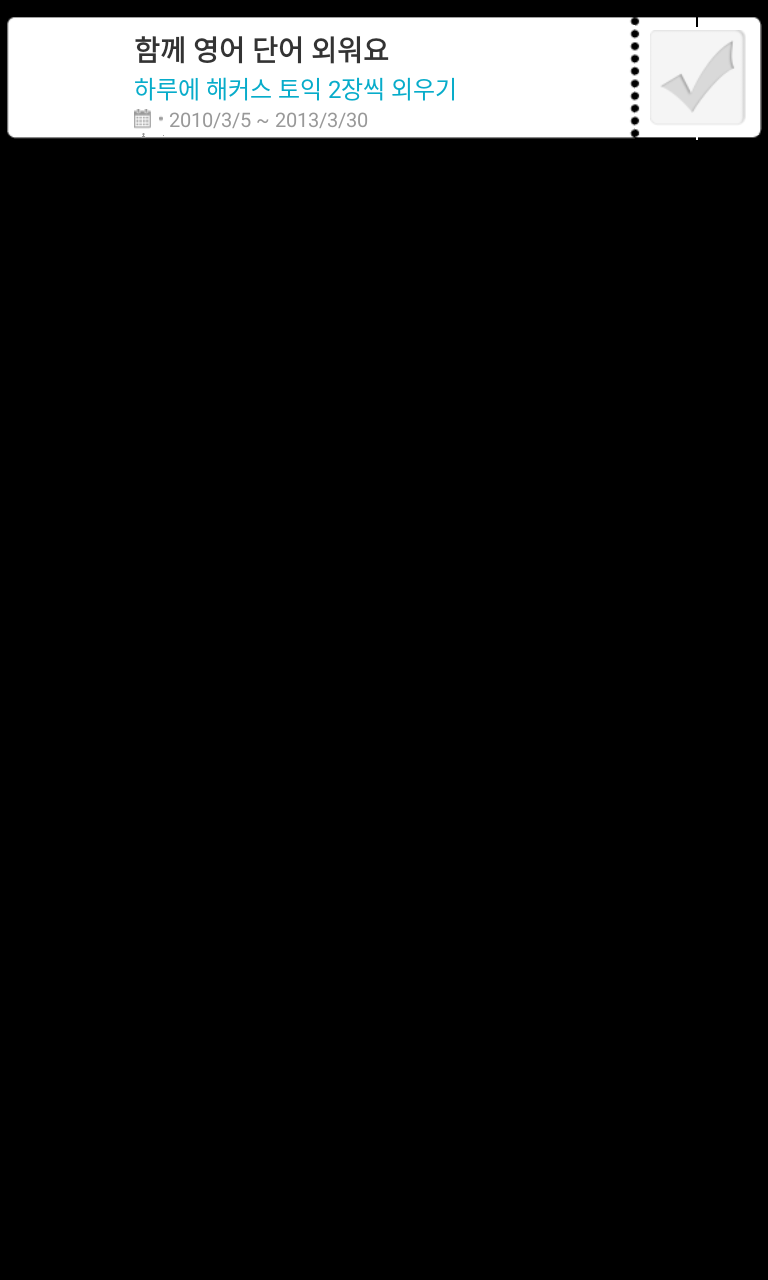
Repository: belhyun/witherest-android
Layout: Witherest/res/layout/mycheck_list_item_row.xml
The author's editor kept a copy of each file at every save. The layout is drawn from the files as they stood at one save, then again after the next save.
It is drawn on a 768 x 1280 px phone screen (xhdpi) without system bars, with theme android:Theme.Holo; the app's code is not run.

Above is the layout before, as saved 2013-07-06 09:32:07.

### Witherest/res/layout/mycheck_list_item_row.xml
<?xml version="1.0" encoding="utf-8"?>
<LinearLayout xmlns:android="http://schemas.android.com/apk/res/android"
    android:layout_width="fill_parent"
    android:layout_height="fill_parent"
    android:paddingTop="5dip"
    android:paddingBottom="5dp" >

    <RelativeLayout
        android:id="@+id/main_contaniner"
        android:layout_width="fill_parent"
        android:layout_height="wrap_content"
        android:clickable="true"
        android:padding="3dp" >

        <RelativeLayout
            android:id="@+id/mycheck_row_left_contaniner"
            android:layout_width="fill_parent"
            android:layout_height="62dp"
            android:layout_toLeftOf="@+id/mycheck_row_right_contaniner"
            android:background="@drawable/mycheck_list_row_on_off"
            android:clickable="true"
            android:padding="1dp" >

            <LinearLayout
                android:id="@+id/mycheck_row_thumbnail"
                android:layout_width="wrap_content"
                android:layout_height="wrap_content"
                android:layout_alignParentLeft="true"
                android:layout_centerVertical="true"
                android:layout_marginRight="5dip"
                android:gravity="center" >

                <ImageView
                    android:id="@+id/list_image"
                    android:layout_width="50dip"
                    android:layout_height="50dip"
                    android:layout_marginLeft="3dp"
                    android:layout_marginRight="5dp"
                     />
            </LinearLayout>

            <TextView
                android:id="@+id/mycheck_room_title_textview"
                android:layout_width="fill_parent"
                android:layout_height="wrap_content"
                android:layout_alignTop="@id/mycheck_row_thumbnail"
                android:layout_toRightOf="@id/mycheck_row_thumbnail"
                android:text="함께 영어 단어 외워요"
                android:textColor="#333333"
                android:textSize="14sp"
                android:textStyle="bold"
                />

            <TextView
                android:id="@+id/mycheck_room_purpose_textview"
                android:layout_width="fill_parent"
                android:layout_height="wrap_content"
                android:layout_below="@id/mycheck_room_title_textview"
                android:layout_toRightOf="@id/mycheck_row_thumbnail"
                android:ellipsize="end"
                android:maxLines="1"
                android:text="하루에 해커스 토익 2장씩 외우기"
                android:textColor="#07ACCA"
                android:textSize="12sp" />

            <LinearLayout
                android:id="@+id/mycheck_term_container"
                android:layout_width="fill_parent"
                android:layout_height="wrap_content"
                android:layout_alignParentRight="false"
                android:layout_below="@id/mycheck_room_purpose_textview"
                android:layout_toRightOf="@id/mycheck_row_thumbnail"
                android:gravity="center_vertical"
                android:orientation="horizontal" >

                <ImageView
                    android:layout_width="wrap_content"
                    android:layout_height="wrap_content"
                    android:src="@drawable/main_date_icon_bg" />

                <ImageView
                    android:layout_width="wrap_content"
                    android:layout_height="wrap_content"
                    android:layout_marginLeft="4dp"
                    android:layout_marginRight="3dp"
                    android:src="@drawable/main_dot_bg" />

                <TextView
                    android:id="@+id/mycheck_room_team_textview"
                    android:layout_width="fill_parent"
                    android:layout_height="wrap_content"
                    android:ellipsize="end"
                    android:maxLines="1"
                    android:text="2010/3/5 ~ 2013/3/30"
                    android:textColor="#999999"
                    android:textSize="10sp" />
            </LinearLayout>

            <LinearLayout
                android:layout_width="fill_parent"
                android:layout_height="wrap_content"
                android:layout_alignParentRight="false"
                android:layout_below="@id/mycheck_term_container"
                android:layout_toRightOf="@id/mycheck_row_thumbnail"
                android:gravity="center_vertical"
                android:orientation="horizontal" >

                <ImageView
                    android:layout_width="wrap_content"
                    android:layout_height="wrap_content"
                    android:src="@drawable/main_people_icon_bg" />

                <ImageView
                    android:layout_width="wrap_content"
                    android:layout_height="wrap_content"
                    android:layout_marginLeft="4dp"
                    android:layout_marginRight="3dp"
                    android:src="@drawable/main_dot_bg" />

                <TextView
                    android:id="@+id/mycheck_room_joincount_textview"
                    android:layout_width="fill_parent"
                    android:layout_height="wrap_content"
                    android:ellipsize="end"
                    android:maxLines="1"
                    android:text="10/30"
                    android:textColor="#999999"
                    android:textSize="10sp" />
            </LinearLayout>
        </RelativeLayout>

        <RelativeLayout
            android:id="@id/mycheck_row_right_contaniner"
            android:layout_width="wrap_content"
            android:layout_height="62dp"
            android:layout_alignParentRight="true"
            android:layout_alignParentTop="true"
            android:background="@drawable/main_checkbutton_bg2"
            android:gravity="center"
            android:padding="3dp" >

            <CheckBox
                android:id="@+id/mycheck_check_btn"
                android:layout_width="wrap_content"
                android:layout_height="wrap_content"
                android:background="@drawable/mycheck_check_button_of_off"
                android:button="@drawable/checkbox_bg" />
        </RelativeLayout>


    </RelativeLayout>

     <TextView
            android:id="@+id/alramtime_badge"
            android:layout_width="wrap_content"
            android:layout_height="wrap_content"
            android:layout_alignLeft="@id/main_contaniner"
            android:layout_alignTop="@id/main_contaniner"
            android:background="@drawable/alarm_notice_bg"
            android:gravity="center_horizontal|center_vertical"
            android:textColor="#000000"
            android:textSize = "10sp"
     		android:paddingBottom="4dp"
     		android:paddingLeft = "8dp"
            android:minWidth="25dp"
            android:text="12:39"
             />

    <TextView
            android:id="@+id/mycheck_badge"
            android:layout_width="wrap_content"
            android:layout_height="17dp"
            android:layout_alignRight="@id/main_contaniner"
            android:layout_alignTop="@id/main_contaniner"
            android:background="@drawable/main_checknumber_bg"
            android:padding="0dp"
            android:gravity="center_vertical|center_horizontal"
            android:textColor="#ffffff"
            android:textSize = "12sp"
            android:textStyle="bold"
            android:paddingBottom="20dp"
            android:minWidth="25dp"
            android:text="12"
             />

</LinearLayout>

### Witherest/res/drawable/mycheck_list_row_on_off.xml
<?xml version="1.0" encoding="utf-8"?>
<selector xmlns:android="http://schemas.android.com/apk/res/android">

    <item android:drawable="@drawable/main_checkinformation_btn_off2" android:state_pressed="false" android:state_selected="false"/>
    <item android:drawable="@drawable/main_checkinformation_btn_on2" android:state_pressed="true"/>
    <item android:drawable="@drawable/main_checkinformation_btn_on2" android:state_pressed="false" android:state_selected="true"/>

</selector>

### Witherest/res/drawable/mycheck_check_button_of_off.xml
<?xml version="1.0" encoding="utf-8"?>
<selector
	xmlns:android="http://schemas.android.com/apk/res/android">
    <item
    	android:state_checked="true"
    	android:drawable="@drawable/main_checkbu_btn_on"/>
    <item
    	android:drawable="@drawable/main_checkbu_btn_off"/>
</selector>

### Witherest/res/drawable/checkbox_bg.xml
<?xml version="1.0" encoding="utf-8"?>
<shape xmlns:android="http://schemas.android.com/apk/res/android" >
    <solid android:color="#00ffffff"/>
</shape>

After the next save:
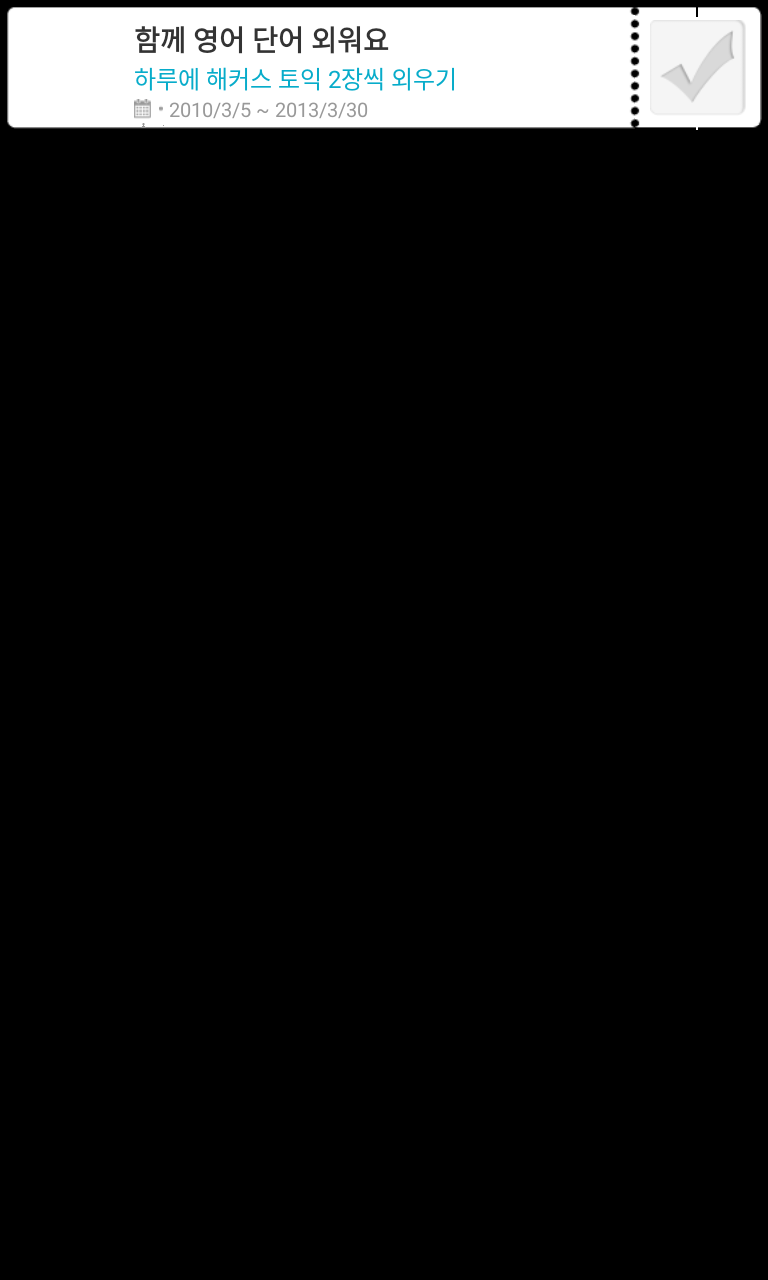
Saved 15 s later.
--- a/Witherest/res/layout/mycheck_list_item_row.xml
+++ b/Witherest/res/layout/mycheck_list_item_row.xml
@@ -2,8 +2,8 @@
 <LinearLayout xmlns:android="http://schemas.android.com/apk/res/android"
     android:layout_width="fill_parent"
     android:layout_height="fill_parent"
-    android:paddingTop="5dip"
-    android:paddingBottom="5dp" >
+    android:paddingTop="0dip"
+    android:paddingBottom="0dp" >
 
     <RelativeLayout
         android:id="@+id/main_contaniner"
